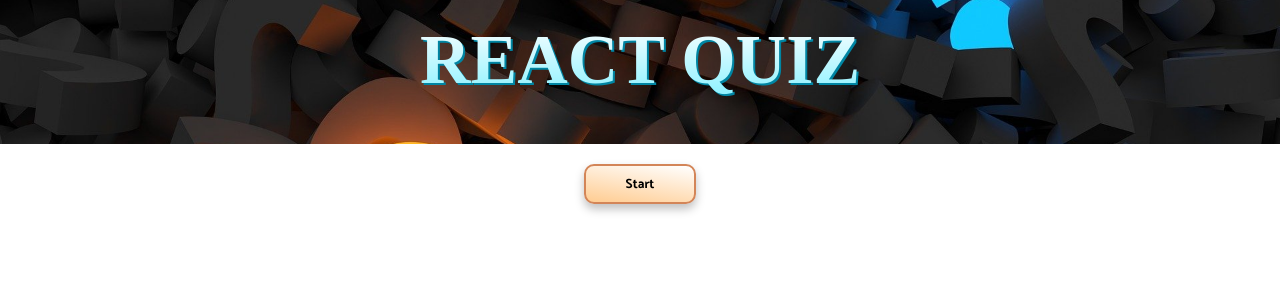
Repository: KrzysKolo/quizAPP
Page: /
An editor plug-in stored every save of this project. The page is shown before and after the next save, followed by the edit.
The browser window is 1280 px wide. The pictures show the whole page.
The project was rebuilt for these pictures with package versions that can differ from the ones it lists, and the page was loaded fresh each time. Also part of the build but not shown: src/components/QuestionCard.style.ts, src/components/QuestionCard.tsx.

Above is the page before, as saved 2021-04-25 00:21:37.

### public/index.html
<!DOCTYPE html>
<html lang="en">
  <head>
    <meta charset="utf-8" />
    <link rel="icon" href="%PUBLIC_URL%/favicon.ico" />
    <meta name="viewport" content="width=device-width, initial-scale=1" />
    <meta name="theme-color" content="#000000" />
    <meta
      name="description"
      content="Web site created using create-react-app"
    />
    <link rel="apple-touch-icon" href="%PUBLIC_URL%/logo192.png" />
    <!--
      manifest.json provides metadata used when your web app is installed on a
      user's mobile device or desktop. See https://developers.google.com/web/fundamentals/web-app-manifest/
    -->
    <link rel="manifest" href="%PUBLIC_URL%/manifest.json" />
    <!--
      Notice the use of %PUBLIC_URL% in the tags above.
      It will be replaced with the URL of the `public` folder during the build.
      Only files inside the `public` folder can be referenced from the HTML.

      Unlike "/favicon.ico" or "favicon.ico", "%PUBLIC_URL%/favicon.ico" will
      work correctly both with client-side routing and a non-root public URL.
      Learn how to configure a non-root public URL by running `npm run build`.
    -->
    <link rel="preconnect" href="https://fonts.gstatic.com">
<link href="https://fonts.googleapis.com/css2?family=Catamaran:wght@700&family=Roboto&display=swap" rel="stylesheet">
    <title>Quiz App</title>
  </head>
  <body>
    <noscript>You need to enable JavaScript to run this app.</noscript>
    <div id="root"></div>
    <!--
      This HTML file is a template.
      If you open it directly in the browser, you will see an empty page.

      You can add webfonts, meta tags, or analytics to this file.
      The build step will place the bundled scripts into the <body> tag.

      To begin the development, run `npm start` or `yarn start`.
      To create a production bundle, use `npm run build` or `yarn build`.
    -->
  </body>
</html>

### src/App.tsx
import React, { useState } from 'react'
import QuestionCard from './components/QuestionCard';
import { fetchQuizQuestions } from './API';
import { QuestionState, Difficulty } from './API';
import { GlobalStyle, Wrapper } from './App.style';

export interface AnswerObject  {
  question: string;
  answer: string;
  correct: boolean;
  correctAnswer: string;
}

const TOTAL_QUESTIONS = 10;

const App = () => {
  const [loading, setLoading] = useState(false);
  const [questions, setQuestions] = useState<QuestionState[]>([]);
  const [number, setNumber] = useState(0);
  const [userAnswers, setUserAnswers] = useState<AnswerObject[]>([]);
  const [score, setScore] = useState(0);
  const [gameOver, setGameOver] = useState(true);

  console.log(questions);

  const startTrivia = async () => {
    setLoading(true);
    setGameOver(false);

    const newQuestions = await fetchQuizQuestions(
      TOTAL_QUESTIONS,
      Difficulty.EASY
    );

    setQuestions(newQuestions);
    setScore(0);
    setUserAnswers([]);
    setNumber(0);
    setLoading(false);
  };


  const checkAnswer = (e: React.MouseEvent<HTMLButtonElement>) => {
    if (!gameOver) {
      const answer = e.currentTarget.value;
      const correct = questions[number].correct_answer === answer;
      if (correct) setScore(prev => prev + 1);
      const answerObject = {
        question: questions[number].question,
        answer,
        correct,
        correctAnswer: questions[number].correct_answer,
      }
      setUserAnswers((prev) => [...prev, answerObject])
    }
  };
  const nextQuestion = () => {
    const nextQuestion = number + 1;
    if (nextQuestion === TOTAL_QUESTIONS) {
      setGameOver(true);
    } else {
      setNumber(nextQuestion);
    }

  };

  return (
    <>
      <GlobalStyle />
      <Wrapper>
        <section className="header">
          <h1>REACT QUIZ</h1>
        </section>
      {gameOver || userAnswers.length === TOTAL_QUESTIONS ? (
        <button className="start" onClick={startTrivia}>
          Start
        </button>
      ): null}
      { !gameOver ? <p className="score">Score: {score} </p> : null}
      { loading && <p >Loading Questions... </p>  }
      { !loading && !gameOver && (<QuestionCard
        questionNr={number + 1}
        totalQuestions={TOTAL_QUESTIONS}
        question={questions[number].question}
        answers={questions[number].answers}
        userAnswer={userAnswers ? userAnswers[number] : undefined}
        callback={checkAnswer}

      />)}
      {!gameOver && !loading && userAnswers.length === number + 1 && number !== TOTAL_QUESTIONS - 1 ? (
          <button className='next' onClick={nextQuestion}>
            Next Question
          </button>
        ) : null}
      </Wrapper>
      </>
  )
}

export default App

### src/API.ts
import { shuffleArray } from './utils';
export interface Question  {
  category: string;
  correct_answer: string;
  difficulty: string;
  incorrect_answers: string[];
  question: string;
  type: string;
};

export enum Difficulty {
  EASY = "easy",
  MEDIUM = "medium",
  HARD = "hard",
}

export type QuestionState = Question & { answers: string[] };

export const fetchQuizQuestions = async (amount: number, difficulty: Difficulty): Promise<QuestionState[]> => {
  const request = `https://opentdb.com/api.php?amount=${amount}&difficulty=${difficulty}&type=multiple`;
 console.log(request)
  const data = await (await fetch(request)).json();
  return data.results.map((question: Question) => ({
    ...question,
    answers: shuffleArray([...question.incorrect_answers, question.correct_answer])
  }))
};

### src/App.style.ts
import styled, { createGlobalStyle } from 'styled-components';

import BGImage from './images/question-mark-2492009_1920.jpg';

export const GlobalStyle = createGlobalStyle`
  html {
    height: 100vh;

  }

    body {

      margin: 0;
      padding: 0 20px;
      display: flex;
      justify-content: center;
    }
    *{
      box-sizing: border-box;
      font-family: 'Catamaran', sans-serif;

    }
`;

export const Wrapper = styled.div`
  display: flex;
  flex-direction: column;
  align-items: center;
  .header {
    background-image: url(${BGImage});
    background-size: cover;
    background-position: center;
    height: 20vh;
    width: 100vw;
  }
  > p {
    color: #fff;
  }
  .score {
    color: #fff;
    font-size: 2rem;
    margin: 0;
  }
  h1 {
    font-family: Fascinate Inline;
    background-image: linear-gradient(180deg, #fff, #87f1ff);
    background-size: 100%;
    background-clip: text;
    -webkit-background-clip: text;
    -webkit-text-fill-color: transparent;
    -moz-background-clip: text;
    -moz-text-fill-color: transparent;
    filter: drop-shadow(2px 2px #0085a3);
    font-size: 70px;
    text-align: center;
    margin: 20px;
  }
  .start, .next {
    cursor: pointer;
    background: linear-gradient(189deg, #fff, #ffcc91);
    border: 2px solid #d38558;
    box-shadow: 0px 5px 10px rgba(0, 0, 0, .25);
    border-radius: 10px;
    height: 40px;
    margin: 20px 0;
    padding: 0 40px;
  }
  .start {
    max-width: 200px;
  }
`;

### src/utils.ts
export const shuffleArray = (array: any[]) =>
[...array].sort(() => Math.random() - 0.5)

Loaded but not shown: src/index.tsx (common file); src/index.css (common file)

After the next save:
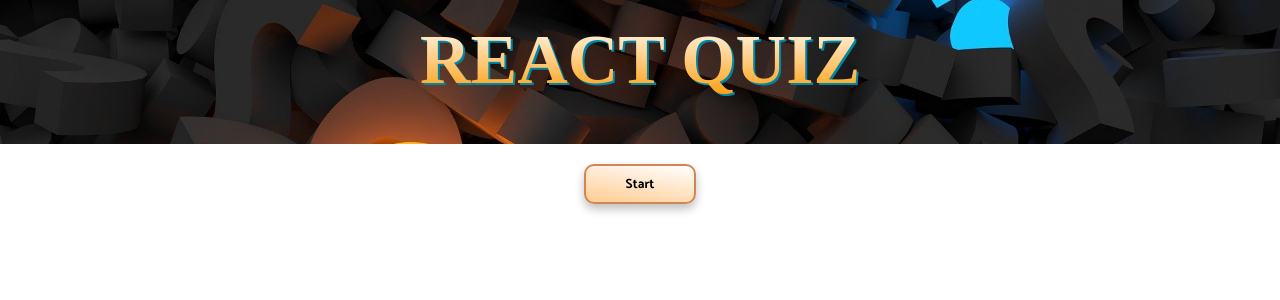
Saved 54 s later.
--- a/src/App.style.ts
+++ b/src/App.style.ts
@@ -43,7 +43,7 @@ export const Wrapper = styled.div`
   }
   h1 {
     font-family: Fascinate Inline;
-    background-image: linear-gradient(180deg, #fff, #87f1ff);
+    background-image: linear-gradient(180deg, #fff, #ff9800);
     background-size: 100%;
     background-clip: text;
     -webkit-background-clip: text;
